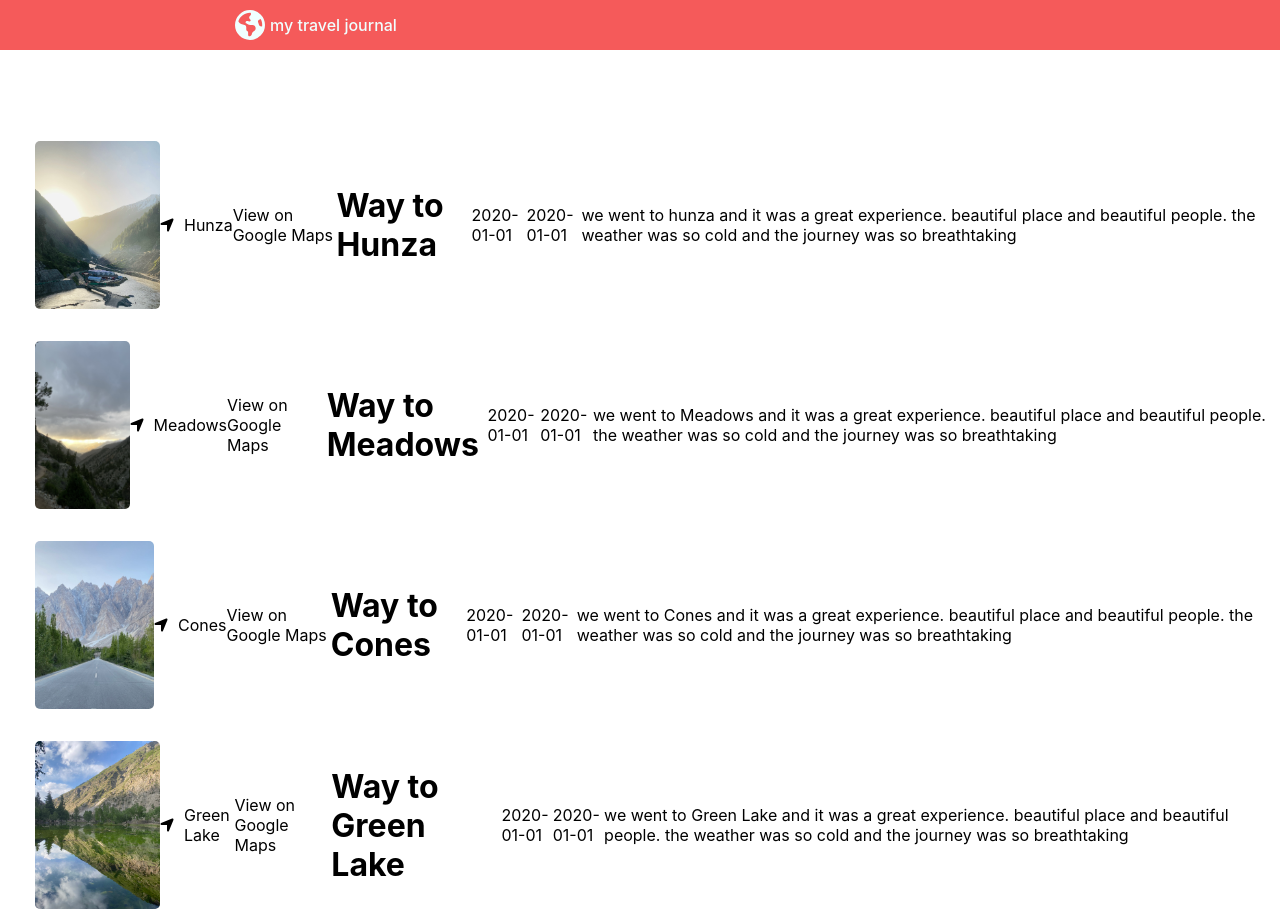
Repository: mortiestmorty1/travel-journal
Page: /
These files come from the project's save history. The page is drawn as it stood at one moment and after a run of saves; the edit follows.
The browser window is 1280 px wide. The pictures show the whole page.
The project was rebuilt for these pictures with package versions that can differ from the ones it lists, and the page was loaded fresh each time.

Above is the page before, as saved 2024-01-17 14:50:27.

After the next 2 saves:
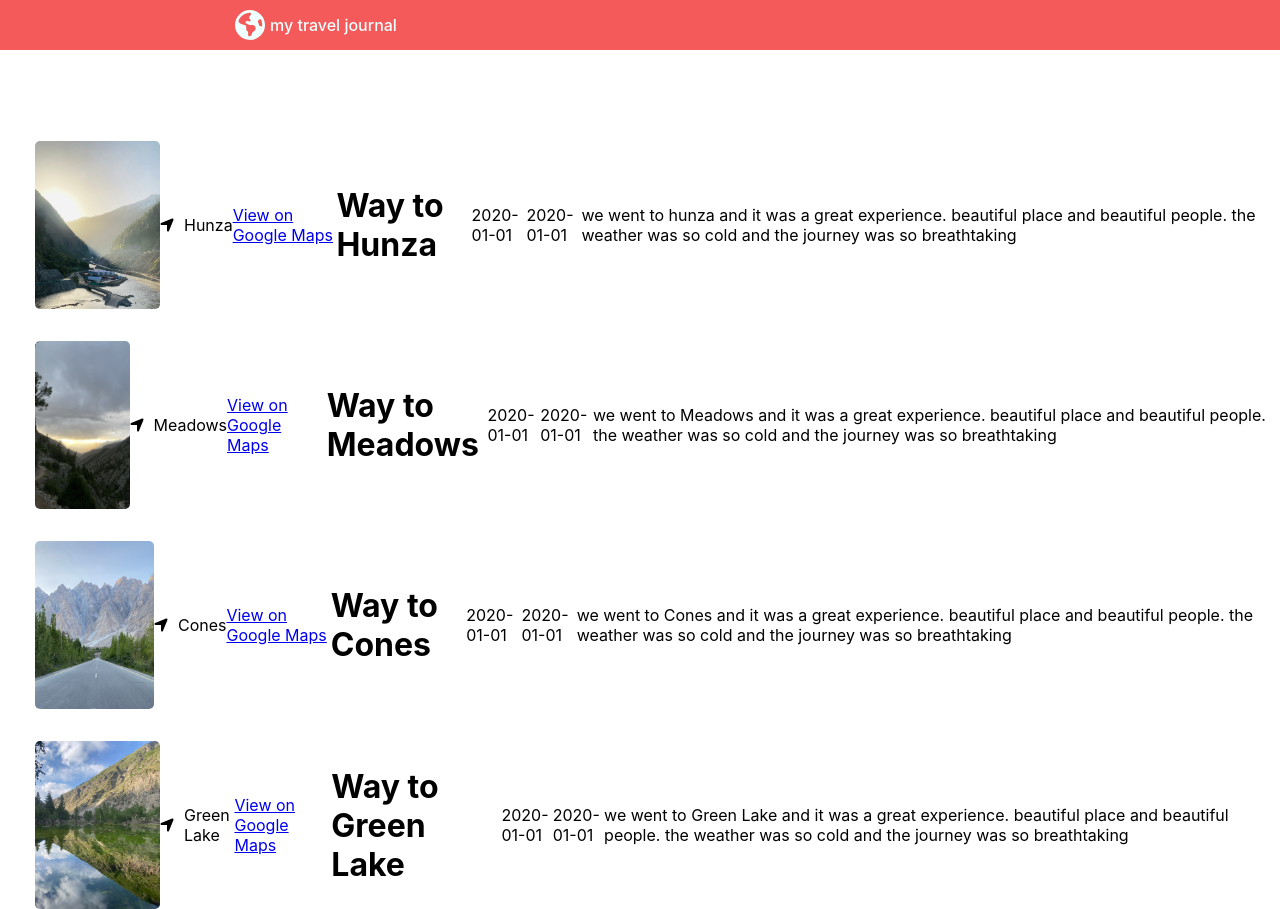
The 2 saves are shown as one change because they came seconds apart.
The last was saved 20 s later.
--- a/src/components/content.js
+++ b/src/components/content.js
@@ -12,7 +12,7 @@ function Content(props){
             <span className="location">
                 {props.item.location}
             </span>
-            <a href={props.googlelink}>View on Google Maps</a>
+            <a href={props.item.googlelink}>View on Google Maps</a>
             <h1 className="Title">{props.item.Title}</h1>
             <span className="date-start">{props.item.datestart}</span>
             <span className="date-end">{props.item.dateend}</span>
